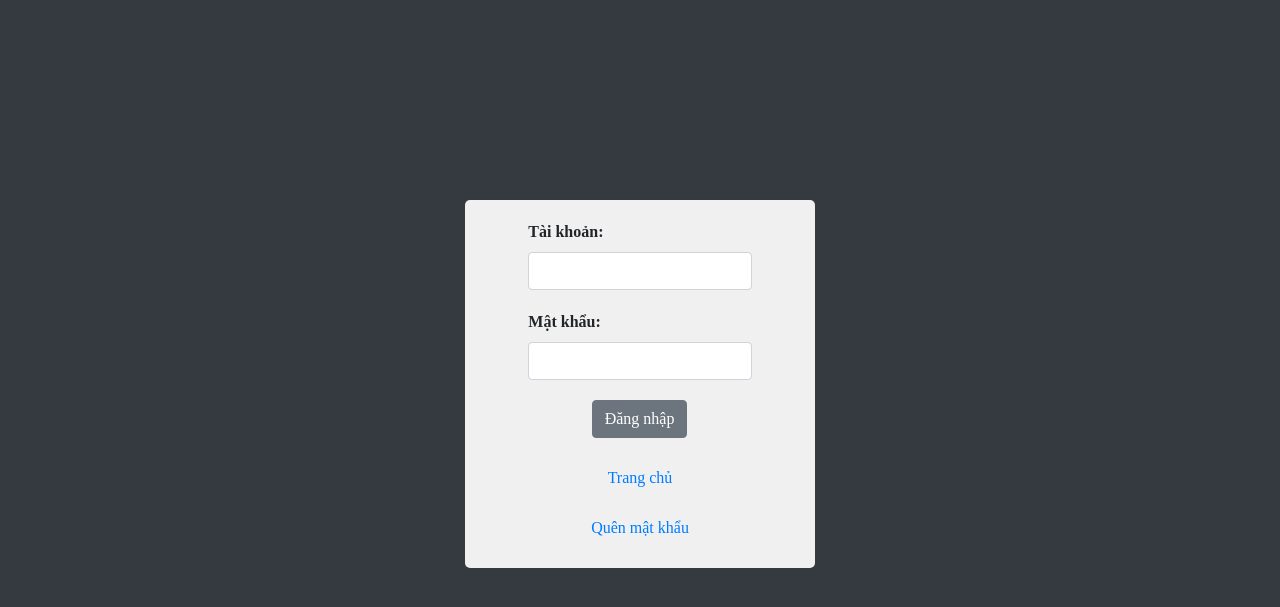
Repository: cuongnh2k/phimmoi
Page: http://localhost/phimmoi/Login.jsp
An editor plug-in stored every save of this project. The page is shown before and after the next save, followed by the edit.
The browser window is 1280 px wide. The pictures show the whole page.
Some web fonts or font styles are not loaded; a fallback is used. The page is served by Tomcat 9. Nobody is signed in. The application's start-up code is not run.

Above is the page before, as saved 2021-08-23 03:00:29.

After the next save:
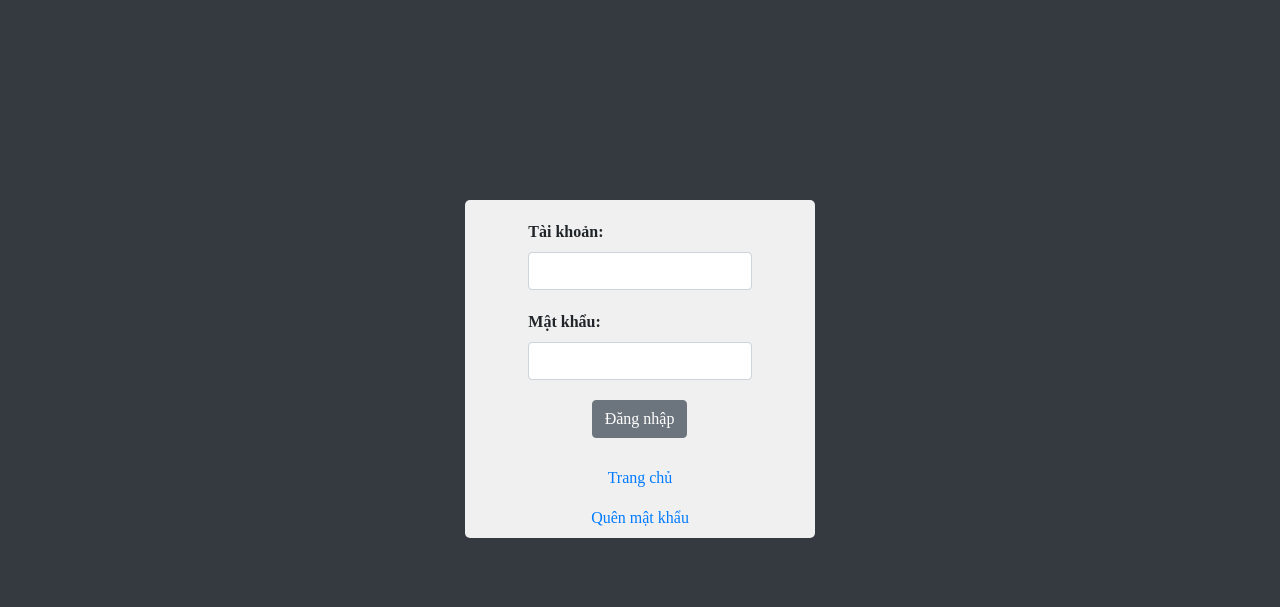
Saved 14 s later.
--- a/phimmoi/src/main/webapp/Login.jsp
+++ b/phimmoi/src/main/webapp/Login.jsp
@@ -97,7 +97,7 @@
 				<div class="col-12 text-center" style="margin-top: 20px;">
 					<a href="home" class="text-center nav-link">Trang chủ</a>
 				</div>
-				<div class="col-12 text-center" style="margin-top: 10px; margin-bottom: 20px;">
+				<div class="col-12 text-center" margin-bottom: 20px;">
 					<a href="#" class="text-center nav-link">Quên mật khẩu</a>
 				</div>
 			</div>
